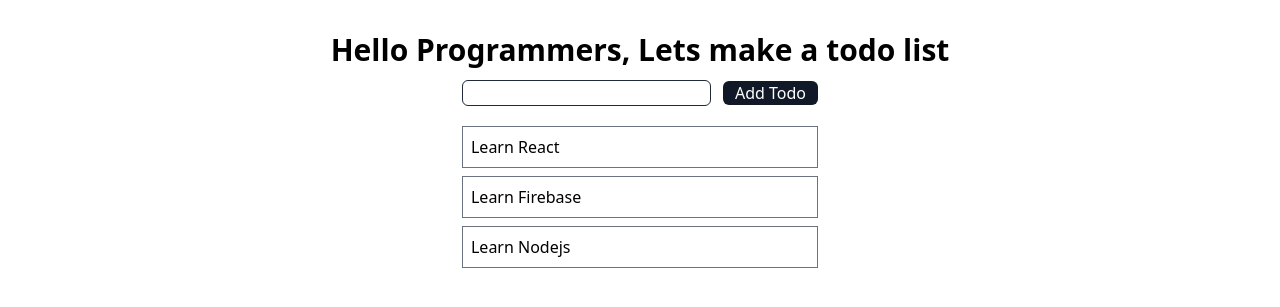
Repository: Shamraiz761/todo_list
Page: /
These files come from the project's save history. The page is drawn as it stood at one moment and after a run of saves; the edit follows.
The browser window is 1280 px wide. The pictures show the whole page.
The project was rebuilt for these pictures with package versions that can differ from the ones it lists, and the page was loaded fresh each time. Also part of the build but not shown: vite.config.js.

Above is the page before, as saved 2024-01-11 22:41:20.

### src/App.jsx
import { useState } from "react";

function App() {
  const [todo, setTodo] = useState([
    "Learn React",
    "Learn Firebase",
    "Learn Nodejs",
  ]);
  const [input, setInput] = useState("");
  const addTodo = (e) => {
    e.preventDefault();
    setTodo([...todo, input]);
    setInput("");
  };

  return (
    <div className="m-5 p-3 ">
      <h1 className="text-3xl font-bold  text-center">
        Hello Programmers, Lets make a todo list
      </h1>
      <div className="flex justify-center items-center my-3">
        <div>
          <form>
            <input
              type="text"
              value={input}
              className="border border-gray-800 mr-3  px-2 rounded-md"
              onChange={(e) => {
                setInput(e.target.value);
              }}
            />
            <button className="px-3 bg-gray-900 rounded-md text-white font-medium" onClick={addTodo}>Add Todo</button>
          </form>
          <ul className="my-5">
            {todo.map((item, index) => {
              return <li className="border border-gray-500 pl-2 py-2 mb-2 font-medium text-m" key={index}>{item}</li>;
            })}
          </ul>
        </div>
      </div>
    </div>
  );
}

export default App;

Loaded but not shown: index.html (common file); src/main.jsx (common file); src/index.css (common file); tailwind.config.js (common file)

After the next 5 saves:
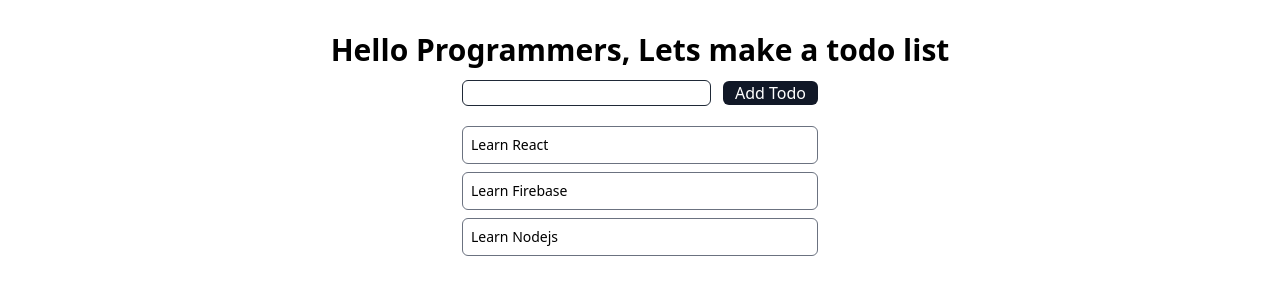
The 5 saves are shown as one change because they came seconds apart.
The last was saved 12 s later.
--- a/src/App.jsx
+++ b/src/App.jsx
@@ -33,7 +33,7 @@ function App() {
           </form>
           <ul className="my-5">
             {todo.map((item, index) => {
-              return <li className="border border-gray-500 pl-2 py-2 mb-2 font-medium text-m" key={index}>{item}</li>;
+              return <li className="border border-gray-500 pl-2 py-2 mb-2 font-medium text-sm rounded-md" key={index}>{item}</li>;
             })}
           </ul>
         </div>
